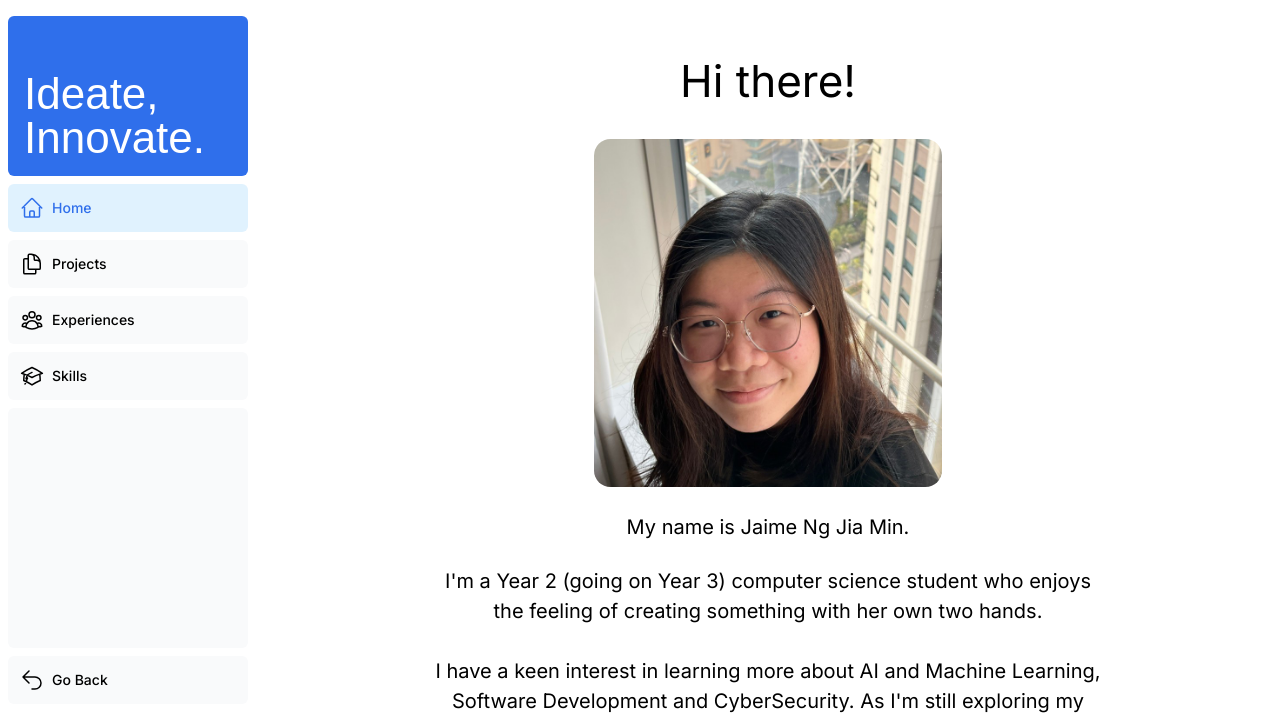
Repository: ThatGirlJam/jaime-portfolio
Page: /dashboard
The author's editor kept a copy of each file at every save. The page is drawn from the files as they stood at one save, then again after the next save.
The browser window is 1280 px wide. The pictures show the whole page.
An inner scrolling area shows only its first screen. Some web fonts or font styles are not loaded; a fallback is used. The project was rebuilt for these pictures with package versions that can differ from the ones it lists, and the page was loaded fresh each time. The framework's server and built-in components were replaced by stand-ins that run in the browser. Also part of the build but not shown: next.config.js.

Above is the page before, as saved 2024-04-10 00:30:42.

### app/dashboard/page.tsx
import Image from "next/image";

export default function Page() {
  const imageStyle = {
    borderRadius: '5%',
    border: '1px solid #fff',
  };

  const divStyle = {
    display: 'flex',
    justifyContent: 'center', // Horizontally center the image
  };

  return (
    <div className="text-center"> {/* Apply text-center class to center-align all content */}
      <p className="text-[44px]"> Hi there! </p>
      <br/>

      <div style={divStyle}>
        <Image
          src="/jaime-linkedin-photo.jpeg"
          width={350}
          height={350}
          style={imageStyle}
          alt="Screenshots of jaime linkedin photo"
        />
      </div>
      <br/>

      <p className="text-[20px]"> My name is Jaime Ng Jia Min. </p>
      <br/>
      <div className="max-w-2xl mx-auto"> {/* Apply mx-auto class to horizontally center the div */}
        <p className="text-[20px]">
          I'm a Year 2 (going on Year 3) computer science student who enjoys the feeling of creating something with her own two hands. <br/><br/>
          I have a keen interest in learning more about AI and Machine Learning, Software Development and CyberSecurity. As I'm still exploring my passions, I'm
          always eager to learn anything outside my comfort zone.
        </p>
      </div>
    </div>
  );
}

### app/ui/fonts.ts
import { Inter } from 'next/font/google';
import { Lusitana } from 'next/font/google';

export const inter = Inter({ subsets: ['latin'] });

export const lusitana = Lusitana({
  weight: ['400', '700'],
  subsets: ['latin'],
});

### app/ui/dashboard/sidenav.tsx
import Link from 'next/link';
import NavLinks from '@/app/ui/dashboard/nav-links';
import BannerLogo from '@/app/ui/banner-logo';
import { ArrowUturnLeftIcon } from '@heroicons/react/24/outline';

export default function SideNav() {
  return (
    <div className="flex h-full flex-col px-3 py-4 md:px-2">
      <Link
        className="h-25 mb-2 flex items-end justify-start rounded-md bg-blue-600 p-4 md:h-40"
        href="/"
      >
        <div className="w-32 text-white md:w-40">
          <BannerLogo />
        </div>
      </Link>
      <div className="flex grow flex-row justify-between space-x-2 md:flex-col md:space-x-0 md:space-y-2">
        <NavLinks />
        <div className="hidden h-auto w-full grow rounded-md bg-gray-50 md:block"></div>
        <Link href="/">
          <button className="flex h-[48px] w-full grow items-center justify-center gap-2 rounded-md bg-gray-50 p-3 text-sm font-medium hover:bg-sky-100 hover:text-blue-600 md:flex-none md:justify-start md:p-2 md:px-3">
            <ArrowUturnLeftIcon className="w-6" />
            <div className="hidden md:block">Go Back</div>
          </button>
        </Link>
      </div>
    </div>
  );
}

### app/ui/dashboard/nav-links.tsx
'use client';

import {
  UserGroupIcon,
  HomeIcon,
  DocumentDuplicateIcon,
  AcademicCapIcon,
} from '@heroicons/react/24/outline';
import Link from 'next/link';
import { usePathname } from 'next/navigation';
import clsx from 'clsx';

// Map of links to display in the side navigation.
// Depending on the size of the application, this would be stored in a database.
const links = [
  { name: 'Home', href: '/dashboard', icon: HomeIcon },
  {
    name: 'Projects',
    href: '/dashboard/projects',
    icon: DocumentDuplicateIcon,
  },
  { name: 'Experiences', href: '/dashboard/experiences', icon: UserGroupIcon },
  { name: 'Skills', href: '/dashboard/skills', icon: AcademicCapIcon },
];

export default function NavLinks() {
  const pathname = usePathname();

  return (
    <>
      {links.map((link) => {
        const LinkIcon = link.icon;
        return (
          <Link
            key={link.name}
            href={link.href}
            //When the link.href aka link of the nav option matches the curr path name, turn blue to show user is on that page
            className={clsx(
              'flex h-[48px] grow items-center justify-center gap-2 rounded-md bg-gray-50 p-3 text-sm font-medium hover:bg-sky-100 hover:text-blue-600 md:flex-none md:justify-start md:p-2 md:px-3',
              {
                'bg-sky-100 text-blue-600': pathname === link.href,
              },
            )}
          >
            <LinkIcon className="w-6" />
            <p className="hidden md:block">{link.name}</p>
          </Link>
        );
      })}
    </>
  );
}

### app/ui/banner-logo.tsx
import { lusitana } from '@/app/ui/fonts';

export default function BannerLogo() {
  return (
    <div
      className={`${lusitana.className} flex flex-row items-center leading-none text-white`}
    >
      <p className="text-[44px]">Ideate, Innovate.</p>
    </div>
  );
}

Loaded but not shown: app/layout.tsx (common file); app/dashboard/layout.tsx (common file); app/ui/global.css (common file); tailwind.config.ts (common file)

After the next save:
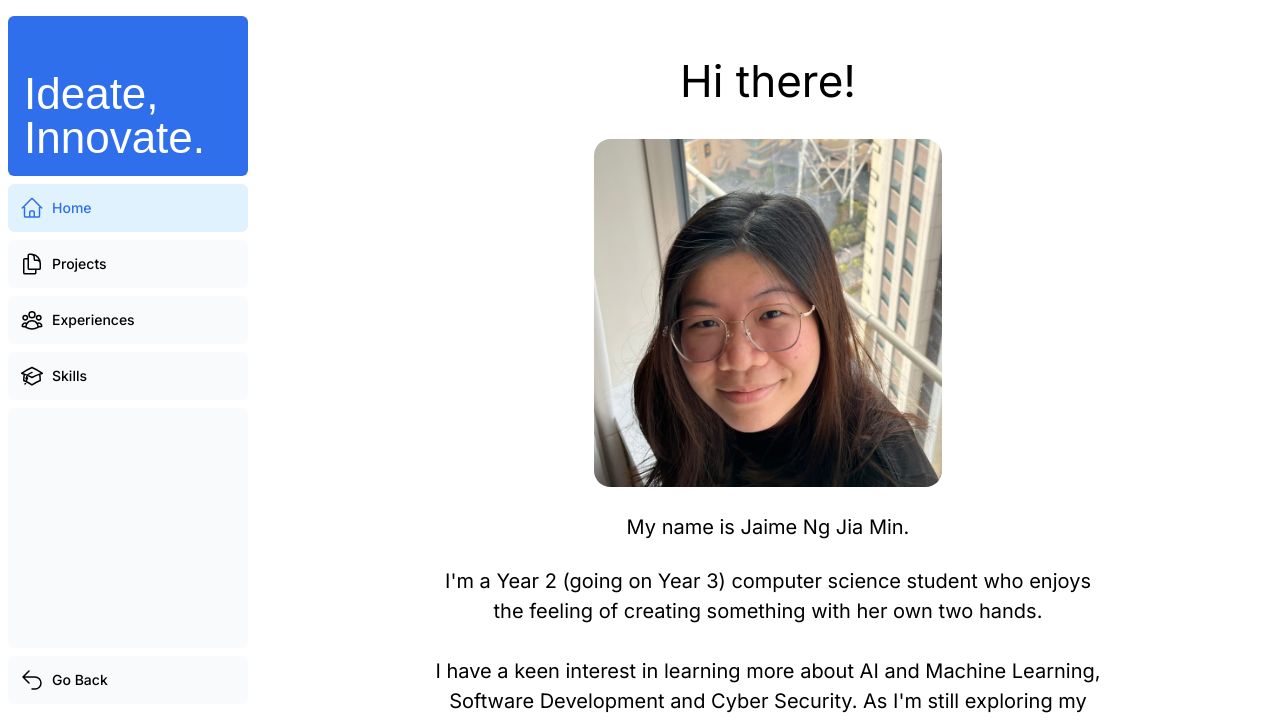
Saved 22 s later.
--- a/app/dashboard/page.tsx
+++ b/app/dashboard/page.tsx
@@ -32,7 +32,7 @@ export default function Page() {
       <div className="max-w-2xl mx-auto"> {/* Apply mx-auto class to horizontally center the div */}
         <p className="text-[20px]">
           I'm a Year 2 (going on Year 3) computer science student who enjoys the feeling of creating something with her own two hands. <br/><br/>
-          I have a keen interest in learning more about AI and Machine Learning, Software Development and CyberSecurity. As I'm still exploring my passions, I'm
+          I have a keen interest in learning more about AI and Machine Learning, Software Development and Cyber Security. As I'm still exploring my passions, I'm
           always eager to learn anything outside my comfort zone.
         </p>
       </div>
